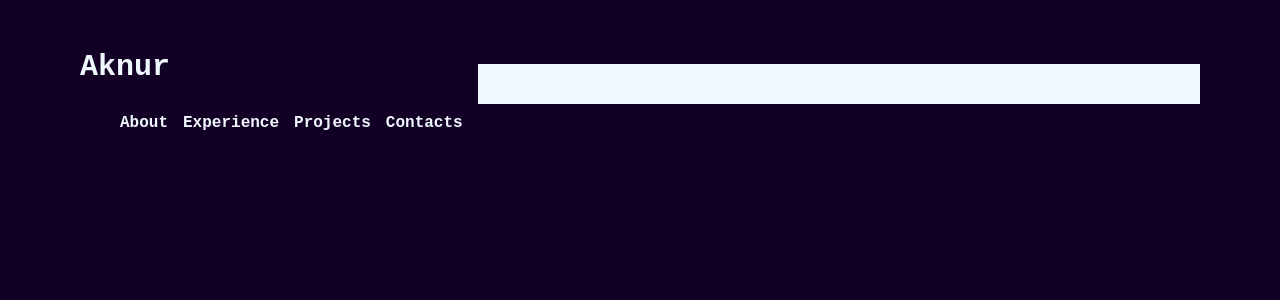
Repository: aknurkappar/nfactorial-portfolio-app-03-03-2022
Page: /
These files come from the project's save history. The page is drawn as it stood at one moment and after a run of saves; the edit follows.
The browser window is 1280 px wide. The pictures show the whole page.
The project was rebuilt for these pictures with package versions that can differ from the ones it lists, and the page was loaded fresh each time. Also part of the build but not shown: src/App.css.

Above is the page before, as saved 2023-03-03 20:55:36.

### src/index.css
body {
  margin: 20px 80px;
  font-family: -apple-system, BlinkMacSystemFont, 'Segoe UI', 'Roboto', 'Oxygen',
    'Ubuntu', 'Cantarell', 'Fira Sans', 'Droid Sans', 'Helvetica Neue',
    sans-serif;
  -webkit-font-smoothing: antialiased;
  -moz-osx-font-smoothing: grayscale;
  font-family:'Courier New', Courier, monospace;
  font-weight: 700;
  color: aliceblue;
  background-color: #130125;
}

code {
  font-family: source-code-pro, Menlo, Monaco, Consolas, 'Courier New',
    monospace;
}

### src/App.js
import './App.css';
import { Header } from "./components/Header"

function App() {
  return (
    <>
    <Header />
    </>

  );
}

export default App;

### src/components/Header/index.js
import "./index.css"


 class Menu{
    constructor(name){
        this.name = name;
        this.isActive = false;
    }
 }

 const menues = [
    new Menu("About"),
    new Menu("Experience"),
    new Menu("Projects"),
    new Menu("Contacts"),
 ]


 export const Header = () => {
    return (
        <div className="header">
            <div className="header-items">
                <p>Aknur</p>
                <ul className="menu-items">{
                    menues.map(menu => (
                        <li>{menu.name}</li>
                    ))
                }</ul>
            </div>
            <div className="line"></div>

        </div>
    )
 }

### src/components/Header/index.css
.menu-items{
    display: flex;
    flex-direction: row;

}

.menu-items li{
    list-style-type: none;
    margin-right: 15px;
}

.header{
    display: flex;
    align-items: center;
    justify-content: space-between;
}

.header p{
    font-size: 30px;
}

.line{
    width: 100%;
    height: 40px;
    background-color: aliceblue;
}

Loaded but not shown: public/index.html (common file); src/index.js (common file)

After the next 3 saves:
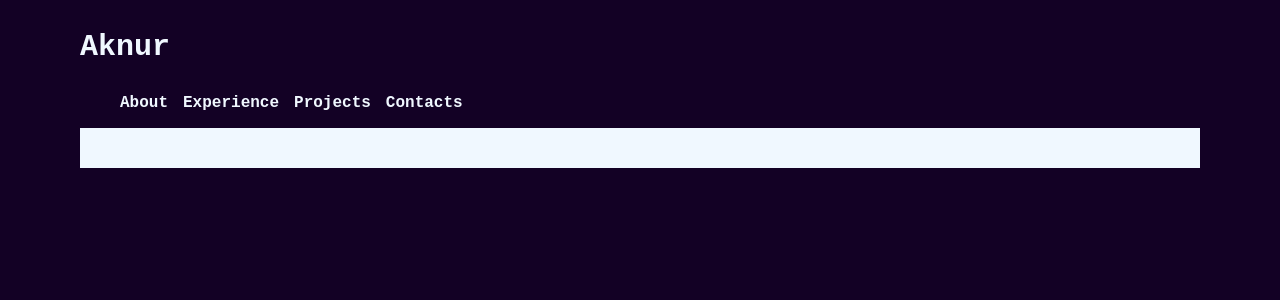
The 3 saves are shown as one change because they came seconds apart.
The last was saved 11 s later.
--- a/src/components/Header/index.css
+++ b/src/components/Header/index.css
@@ -9,13 +9,13 @@
     margin-right: 15px;
 }
 
-.header{
+header-items{
     display: flex;
     align-items: center;
     justify-content: space-between;
 }
 
-.header p{
+.header-items p{
     font-size: 30px;
 }
 
